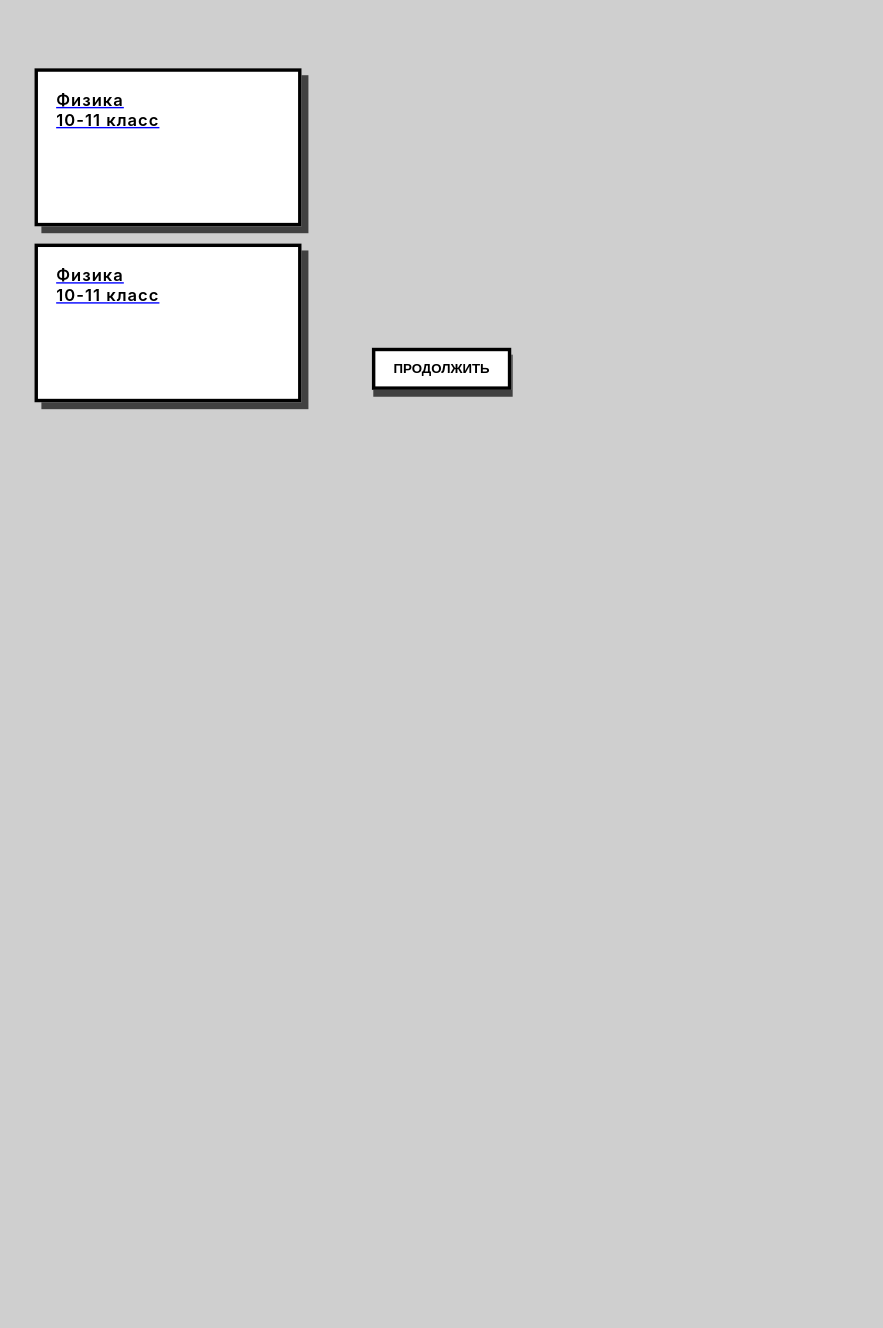
Repository: ICU-Dici/SchoolProject
Page: /NavigationBlock
These files come from the project's save history. The page is drawn as it stood at one moment and after the next save; the edit follows.
The browser window is 1280 px wide. The pictures show the whole page, at 69% of full size.
The project was rebuilt for these pictures with package versions that can differ from the ones it lists, and the page was loaded fresh each time. Also part of the build but not shown: src/components/PhysicsEGE/Header/HeaderCopy.module.css, src/components/PhysicsEGE/Header/Header.jsx, src/components/MainBody/MainPage.jsx, src/components/PhysicsEGE/Header/Header copy.jsx, src/components/PhysicsEGE/PointsTransfer/PointsTransfer.jsx, src/components/PhysicsEGE/PointsTransfer/PointsTransferContainer.jsx, src/components/PhysicsEGE/PhysicsEGE.module.css, src/components/PhysicsEGE/PhysicsNavPage/PhysicsNavPage.module.css and 5 more.

Above is the page before, as saved 2024-01-02 00:40:39.

### src/index.js
import React from 'react';
import ReactDOM from 'react-dom/client';
import './index.css';
import AppNew from './AppNew';
import reportWebVitals from './reportWebVitals';
import { Provider } from 'react-redux';
import store from './redux/state-redux';

const root = ReactDOM.createRoot(document.getElementById('root'));
export let RenderEntierTree = (state) =>{
  root.render(
    <React.StrictMode>
      <Provider store={store}>
      <AppNew/>
      </Provider>
    </React.StrictMode>
  );

  reportWebVitals();
}

RenderEntierTree(store.getState());
store.subscribe(() => {
  let state = store.getState();
  RenderEntierTree(state);
});

### src/AppNew.js
import './App.css';
import {BrowserRouter, NavLink, Route, Routes} from "react-router-dom";
import Header from './components/PhysicsEGE/Header/Header';
import MainPage from './components/MainBody/MainPage';
import NavigationSide from './components/NavigationSide/NavigationSide';
import PhysicsEGE from './components/PhysicsEGE/PhysicsEGE';
import NavigationSideContainer from './components/NavigationSide/NavigationSideContainer';
import PhysicsEGEContainer from './components/PhysicsEGE/PhysicsEGEContainer';

const  App = () => {
  return (
    <BrowserRouter>
    <div className="AppWrapper">
      <Routes>
      <Route path='/NavigationBlock/' element={<NavigationSideContainer/>}/>
      <Route path='/Physics/*' element={<PhysicsEGEContainer/>}/>
      </Routes>
    </div>
    </BrowserRouter>
  );
}

export default App;

### src/redux/state-redux.js
import {combineReducers, legacy_createStore as createStore } from 'redux'
import PointsTransferReducer from './PointsTransferReducer';
import NavigationReducer from './NavigationReducer';
import PhysicsEGEReducer from './PhysicsEGEReducer';
import PhysicsNavPageReducer from './PhysicsNavPageReducer';





let reducers = combineReducers({
    PTRdom: PointsTransferReducer,
    NavSideDOM: NavigationReducer,
    PhysicsEGEDOM: PhysicsEGEReducer,
    PhysicsNavPageDOM: PhysicsNavPageReducer,
})

let store = createStore( reducers)

window.store = store

export default store;

### src/App.css
.AppWrapper {
    display: grid;
    margin: 0 auto;
    grid-template-areas:
    ' H '
    ' M ';
    grid-gap: 10px; /*grid-gap- это расстояния между элементами grid-сетки*/
  }
.MainBody {
    grid-area: M;
}

### src/components/NavigationSide/NavigationSide.jsx
import React from "react";
import s from './NavigationSide.module.css'
import { NavLink } from "react-router-dom";
import PhyBlockStructureContainer from "./Block/PhyBlockStructureContainer";




const NavigationSide = (props) =>{
    return (

        <div className={s.AheadWrapper}>
            <div className={s.NavBlocksWrapper}>
                <div className={s.PhysicsPath} >
                    <div className={s.PhysicsLink} onClick={() => {props.SelectBlockAc('/Physics/*')}}><PhyBlockStructureContainer index={'/Physics/*'}/></div>
                    <div className={s.PhysicsLink} onClick={() => {props.SelectBlockAc('/Physics/PointsTransfer')}}><PhyBlockStructureContainer index={'/Physics/PointsTransfer'}/></div>
                </div>
                <div>
                    <NavLink to={props.selected}  className={s.ToTruePageWrapper}><div  className={s.ToTruePage}>ПРОДОЛЖИТЬ</div></NavLink>
                </div>
            </div>
        </div>
    )
}


export default NavigationSide;

### src/components/NavigationSide/NavigationSideContainer.jsx
import { connect } from "react-redux"
import NavigationSide from "./NavigationSide"
import {SelectBlockAc} from '../../redux/NavigationReducer'






const mapStateToProps = (state) => {
    return {
        selected: state.NavSideDOM.selected
    }
}

export default connect(mapStateToProps, {SelectBlockAc})(NavigationSide)

### src/components/PhysicsEGE/PhysicsEGEContainer.jsx
import { connect } from "react-redux"
import PhysicsEGE from "./PhysicsEGE"
import { toggleBurgerMenuAc } from "../../redux/PhysicsEGEReducer"














const mapStateToProps = (state) => {
    return {
        isBurgerMenuOpened: state.PhysicsEGEDOM.isBurgerMenuOpened
    }
}


export default connect(mapStateToProps, {toggleBurgerMenuAc})(PhysicsEGE)

### src/redux/PointsTransferReducer.js




let PointTransferRInitialState ={
    PointsBase: [
        { id: 0, realId: 0 },
        { id: 1, realId: 4 },
        { id: 2, realId: 8},
        { id: 3, realId: 11 },
        { id: 4, realId: 15 },
        { id: 5, realId: 18 },
        { id: 6, realId: 22 },
        { id: 7, realId: 26 },
        { id: 8, realId: 29 },
        { id: 9, realId: 33 },
        { id: 10, realId: 36 },
        { id: 11, realId: 38 },
        { id: 12, realId: 39 },
        { id: 13, realId: 40 },
        { id: 14, realId: 42 },
        { id: 15, realId: 43 },
        { id: 16, realId: 44 },
        { id: 17, realId: 46 },
        { id: 18, realId: 47 },
        { id: 19, realId: 48 },
        { id: 20, realId: 49 },
        { id: 21, realId: 51 },
        { id: 22, realId: 52 },
        { id: 23, realId: 53 },
        { id: 24, realId: 55 },
        { id: 25, realId: 56 },
        { id: 26, realId: 57 },
        { id: 27, realId: 59 },
        { id: 28, realId: 60 },
        { id: 29, realId: 61 },
        { id: 30, realId: 62 },
        { id: 31, realId: 65 },
        { id: 32, realId: 68 },
        { id: 33, realId: 70 },
        { id: 34, realId: 73 },
        { id: 35, realId: 75 },
        { id: 36, realId: 78 },
        { id: 37, realId: 80 },
        { id: 38, realId: 83 },
        { id: 39, realId: 85 },
        { id: 40, realId: 88 },
        { id: 41, realId: 90 },
        { id: 42, realId: 93 },
        { id: 43, realId: 95 },
        { id: 44, realId: 98 },
        { id: 45, realId: 100 },
    ],
    BeforePointsNow: 0,
    AfterPointsNow: 0

}

const PointsTransferReducer = (state = PointTransferRInitialState, action) => {
    let stateCopy
    switch(action.type) {

        case TRANSEF_POINTS:

          const afterPointsNow = state.PointsBase.find((points) => points.id === state.BeforePointsNow)?.realId || 0;

          return {
            ...state,
            AfterPointsNow: afterPointsNow
          };
        case POINTS_ON_CHANGE : {
            stateCopy ={
                ...state,
                BeforePointsNow: action.NewBeforePointsNow
            }
            return stateCopy;
        }
        case UP_POINTS: debugger;
            if (state.BeforePointsNow!= 45) {
                return {
                    ...state,
                    BeforePointsNow: state.BeforePointsNow+1
                }
            }
            else {
                return {
                    ...state,
                    BeforePointsNow: state.BeforePointsNow=0
                }
            }

        case DOWN_POINTS: if (state.BeforePointsNow!= 0) {
            return {
                ...state,
                BeforePointsNow: state.BeforePointsNow-1
            }
        }
        else {
            return {
                ...state,
                BeforePointsNow: state.BeforePointsNow=45
            }
        }
        default: return state
    }
}

export default PointsTransferReducer;

const TRANSEF_POINTS = 'TransefPoints'
const POINTS_ON_CHANGE = 'ChangePoints'
const UP_POINTS = 'UpPoints'
const DOWN_POINTS = 'DownPoints'


export const UpPointsAc = () => ({type:UP_POINTS})
export const DownPointsAc = () => ({type:DOWN_POINTS})
export const ChangePointsAc = (NewBeforePointsNow) => ({ type: POINTS_ON_CHANGE, NewBeforePointsNow })
export const TransefPointsAc = () =>({ type: TRANSEF_POINTS})

### src/redux/NavigationReducer.js

let NavInitState = {
    selected: ''
}















const NavigationReducer = (state = NavInitState, action) =>{
    let stateCopy
    switch(action.type) {
        case SELECT_BLOCK: debugger;
            return {
                ...state,
                selected: action.selectedBlock
            }

        default: return state
    }
}

const SELECT_BLOCK = 'Select_Block'

export const SelectBlockAc = (selectedBlock) => ({type:SELECT_BLOCK, selectedBlock})

export default NavigationReducer;

### src/redux/PhysicsEGEReducer.js





let PhysicsEgeInitState = {
    isBurgerMenuOpened: false
}







const PhysicsEGEReducer = ( state = PhysicsEgeInitState, action) => {
    switch (action.type) {
        case TOGGLE_BURGER_MENU:  debugger;
        return {
            ...state,
            isBurgerMenuOpened: action.ToggleBurger
        }
        default: return state
    }
}

export default PhysicsEGEReducer;
const TOGGLE_BURGER_MENU = 'toggleBurgerMenu'
export const toggleBurgerMenuAc = (ToggleBurger) => ({type:TOGGLE_BURGER_MENU, ToggleBurger})

### src/redux/PhysicsNavPageReducer.js






let PhyNavPageInitState = {
    selectedCase: 0
}




const PhysicsNavPageReducer = (state = PhyNavPageInitState, action) => {
    switch(action.type) {
        case CHOOSE_CASE : {
            if (state.selectedCase === action.selectedCase) {
                return {
                    ...state,
                selectedCase: 0
                }
            }
            else {
                return {
                    ...state,
                selectedCase: action.selectedCase
                }
            }
        }
        default: return state
    }
}


export default PhysicsNavPageReducer;


const CHOOSE_CASE = 'ChooseCase';

export const ChooseCaseAc = (selectedCase) => ({type: CHOOSE_CASE, selectedCase})

### src/components/NavigationSide/NavigationSide.module.css
.AheadWrapper {
    background-color: #cfcfcf;
    height: 100%;
    padding: 3%;
}

.NavBlocksWrapper {
    width: 98%;
    margin-left: auto;
    margin-right: auto;
    padding-top: 5%;
    margin-bottom: 100%;
    display: grid;
    grid-template-columns: 4fr 2fr 4fr;
    grid-column-gap: 7%;
}

.PhysicsLink {
    text-decoration: underline blue;
    transition: all 0.5s;
    width: 80%;
    margin-bottom: 6%;
    box-sizing: border-box;
}

.ToTruePage {
    text-decoration: none;
    color: black;
    border: 5px black solid;
    text-align: center;
    background-color: white;
    padding: 7% 10% 7% 10%;
    margin-top: 200%;
    font-family: montserrat,Arial,sans-serif;
    font-size: 120%;
    font-weight: bold;
    box-shadow: 2px 10px rgb(65, 65, 65);
    transition: 0.5s all;
}

.ToTruePage:hover {
    box-shadow: 2px 6px rgb(65, 65, 65);
    transform: scale(1.05);
    color: #314cc5;
}

.ToTruePageWrapper {
    text-decoration: none;
}

### src/components/NavigationSide/Block/PhyBlockStructureContainer.jsx
import { connect } from "react-redux"
import BlockStructure from "./PhyBlockStructure"










const mapStateToProps = (state) => {
    return {
        selected: state.NavSideDOM.selected
    }
}

export default connect(mapStateToProps)(BlockStructure)

### src/components/NavigationSide/Block/PhyBlockStructure.jsx
import React from "react"
import s from './PhyBlockStructure.module.css'


const BlockStructure = (props) =>{
    return (
        <div className={s.Wrapper}>
            <div className={s.Block}>
                <div className={ props.selected === props.index ? s.MainBodyBlockActive : s.MainBodyBlock}>
                    <div>Физика</div>
                    <div>10-11 класс</div>
                </div>
            </div>
        </div>
    )
}

export default BlockStructure;

### src/components/PhysicsEGE/PointsTransfer/PointsTransfer.module.css
.Wrapper {
    width: 50%;
    margin-left: auto;
    margin-right: auto;
}

::selection {
    background: #2c2c2c; /* Safari */
    color: white;
}
.UiBlock {
    margin:auto;
    text-align: center;
    padding-top: 35%;
}

.enterPoints {
    margin-right: 1%;
    border: 0;
    font-family: montserrat,Arial,sans-serif;
    font-size: 200%;
    width: 7%;
}
.enterPoints::-webkit-inner-spin-button,


.enterPoints::-webkit-outer-spin-button {


-webkit-appearance: none;


margin: 0;


}

.results{
    font-size: 150%;
}

.ChangePointsNumber button {
    background-color: white;
    border: 0;
}

.enterPoints:focus {
    border: 0;
    outline: none;
    background-color: rgb(194, 194, 194);
}

.CountPoints {
    border-radius: 0;
    border: 0;
    cursor: pointer;
    background-color: rgb(255, 255, 255);
    font-family: montserrat,Arial,sans-serif;
    font-size: 200%;
}
.ChangePointsNumber .minus {
    margin-right: 10%;
    font-size: 200%;
    font-weight: bold;
    cursor: pointer;
}
.ChangePointsNumber .plus {
    margin-left: 10%;
    font-size: 200%;
    font-weight: bold;
    cursor: pointer;
}

### src/components/NavigationSide/Block/PhyBlockStructure.module.css

.Wrapper {
    width: 100%;
    height: 100%;
}

.Block{
    display: block;
    margin-left: auto;
    margin-right: auto
}

.MainBodyBlock {
    width: 100%;
	height: 7em;
    background-color: #ffffff;
    border: 5px black solid;
    box-shadow: 10px 10px rgb(65, 65, 65);
    padding: 8%;
    color: rgb(0, 0, 0);
    font-size: 150%;
    font-weight: 600;
    letter-spacing: 1.5px;
    font-stretch: ultra-expanded;
    transition: 0.2s all;
    cursor: pointer;
}

.MainBodyBlockActive {
    width: 100%;
	height: 7em;
    background-color: #f0f0f0;
    border: 5px black solid;
    box-shadow: 6.5px 8px rgb(65, 65, 65);
    padding: 8%;
    color: rgb(0, 0, 0);
    font-size: 150%;
    font-weight: 600;
    letter-spacing: 1.5px;
    font-stretch: ultra-expanded;
    cursor: pointer;
    transition: 0.2s all;
}

Loaded but not shown: public/index.html (common file); src/index.css (common file); src/reportWebVitals.js (common file)

After the next save:
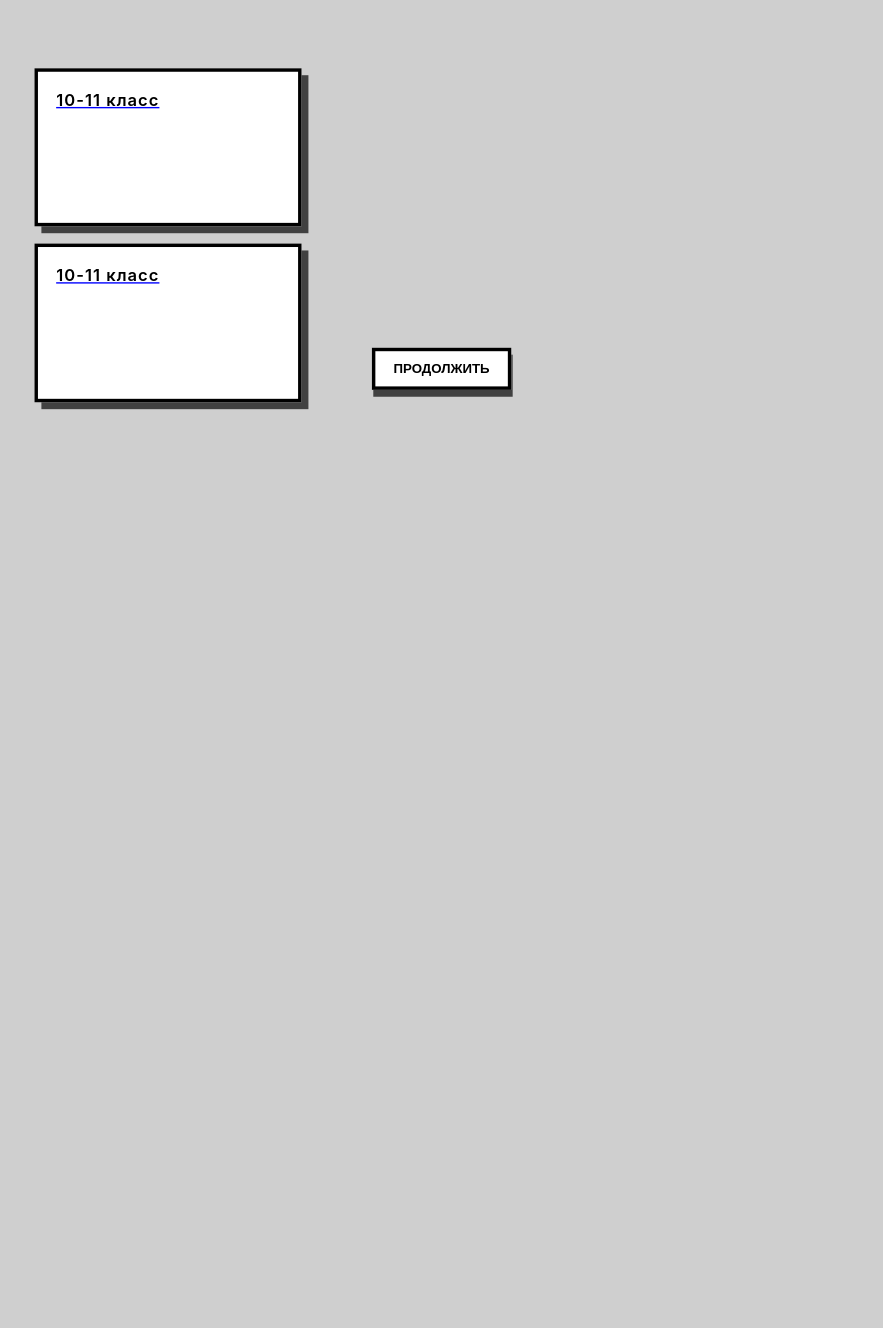
Saved 33 s later.
--- a/src/components/NavigationSide/Block/PhyBlockStructure.jsx
+++ b/src/components/NavigationSide/Block/PhyBlockStructure.jsx
@@ -7,7 +7,7 @@ const BlockStructure = (props) =>{
         <div className={s.Wrapper}>
             <div className={s.Block}>
                 <div className={ props.selected === props.index ? s.MainBodyBlockActive : s.MainBodyBlock}>
-                    <div>Физика</div>
+                    <div>{props.blockName}</div>
                     <div>10-11 класс</div>
                 </div>
             </div>
